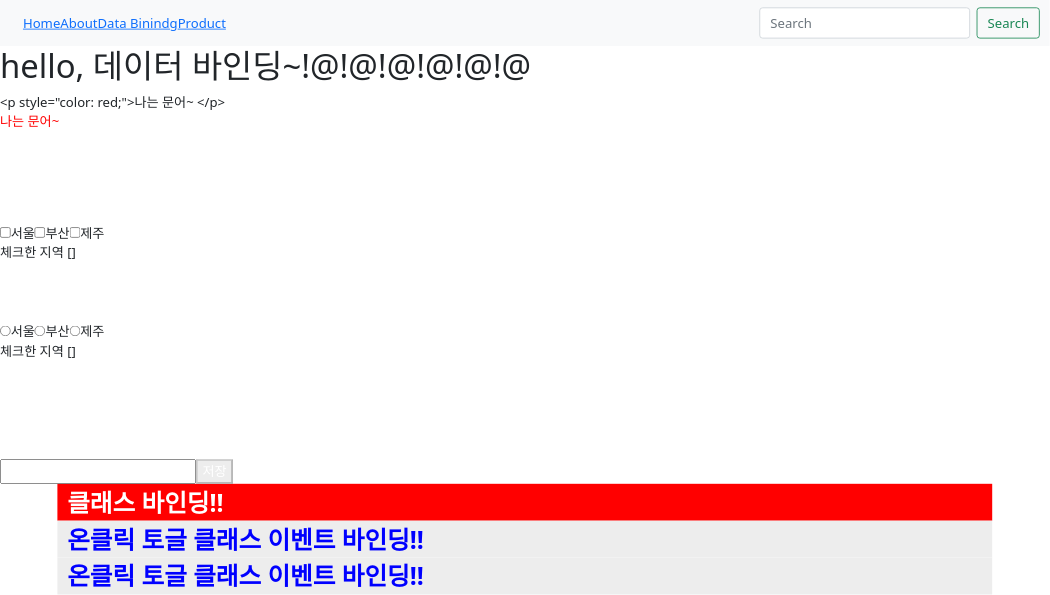
Repository: jang0ha/vue
Page: /databinding
These files come from the project's save history. The page is drawn as it stood at one moment and after the next save; the edit follows.
The browser window is 1280 px wide. The pictures show the whole page, at 82% of full size.
The project was rebuilt for these pictures with package versions that can differ from the ones it lists, and the page was loaded fresh each time. Also part of the build but not shown: vue.config.js, src/components/HelloWorld.vue, src/views/HomeView.vue, src/views/AboutView.vue, src/views/ProductView.vue. Imported but missing from the stored project, and not drawn on this page: src/layout.

Above is the page before, as saved 2022-04-18 17:46:24.

### src/main.js
import { createApp } from 'vue'
// import Vue from 'vue'
import Header from './layout'
import App from './App.vue'
import router from './router'

import 'bootstrap/dist/css/bootstrap.css'



createApp(App).use(router).mount('#app')



import "bootstrap/dist/js/bootstrap.js";

### src/App.vue
<template>
   <div id="app">
       <Header />
   </div>
</template>

<script>
import Header from"./components/layout/Header.vue";
export default {
    name:"App",
    components:{
        Header,
    }
}
</script>

### src/router/index.js
import { createRouter, createWebHistory } from 'vue-router'
import HomeView from '../views/HomeView.vue'
import AboutView from '../views/AboutView.vue'
import DataBinding from '../views/DataBinding.vue'
import ProductView from '../views/ProductView.vue'

const routes = [
  {
    path: '/', //브라우저에서 접속하는 url 주소를 정의
    name: 'home',
    component: HomeView // 지정된path로 들어왔을 때 보여줄 vue 컴포넌트 , 앞으로 구현할 vue 파일을 연결하고, 해당파일을 실행
  },
  {
    path: '/about',
    name: 'about',
    // route level code-splitting  >> 라우트 레벨에서 코드를 분할하는 방법
    // this generates a separate chunk (about.[hash].js) for this route  >> 이 라우트에 대한 chunk파일이 분리되어 생성
    // which is lazy-loaded when the route is visited.  >> 이 라우트에 방문했을떄 지연로드 됩니다.
    // component: () => import(
      /* webpackChunkName: "about" */
    //   '../views/AboutView.vue'
    // )
    component: AboutView
  },
  {
    path: '/databinding',
    name: 'DataBinding',
    component:DataBinding
  },
  {
    path: '/product',
    name: 'ProductView',
    component:ProductView
  }
]

const router = createRouter({
  history: createWebHistory(process.env.BASE_URL),
  routes
})

export default router

### src/components/layout/Header.vue
<template>
  <!-- <nav>
    <router-link to="/">Home</router-link> |
    <router-link to="/about">About</router-link>
    <router-link to="/databinding">Data Binindg</router-link>
    <router-link to="/product">Product</router-link>
  </nav> -->

  <nav class="navbar navbar-expand-lg navbar-light bg-light">
  <div class="container-fluid">
    <a class="navbar-brand" href="#">
        <img src="" alt="">
    </a>
    <button class="navbar-toggler" type="button" data-bs-toggle="collapse" data-bs-target="#navbarSupportedContent" aria-controls="navbarSupportedContent" aria-expanded="false" aria-label="Toggle navigation">
      <span class="navbar-toggler-icon"></span>
    </button>
    <div class="collapse navbar-collapse" id="navbarSupportedContent">
      <ul class="navbar-nav me-auto mb-2 mb-lg-0">
        <li class="nav-item">
          <router-link to="/">
            Home
          </router-link>
        </li>
        <li class="nav-item">
        <router-link to="/about">About</router-link>
        </li>
        <li class="nav-item dropdown">
           <router-link to="/databinding">Data Binindg</router-link>
        </li>
        <li class="nav-item">
          <router-link to="/product">Product</router-link>
        </li>
      </ul>
      <form class="d-flex">
        <input class="form-control me-2" type="search" placeholder="Search" aria-label="Search">
        <button class="btn btn-outline-success" type="submit">Search</button>
      </form>
    </div>
  </div>
</nav>

  <router-view/>


</template>
<script>
export default {
    name : 'Header',//컴포넌트 이름
    components: {}, //다른 컴포넌트 사용 시 컴포넌트를 import하고, 배열로 저장
    data(){ //html과 자바스크립트 코드에서 사용할 데이터 변수 선언
        return {
            sampleData: ''
        };
    },
    setup(){}, // 컴포지션Api
    created(){}, //컴포넌트가 생성되면 실행
    mounted() {}, //templete에 정의된 html 코드가 랜더링 된 후 실행
    unmounted() {}, //unmount가 완료 된 후 실행
    methods: {}, //컴포넌트 내에서 사용할 메소드 정의
}
</script>

### src/views/DataBinding.vue
<template>
    <h1>hello, {{title}}</h1>

    <div>
        <div>{{htmlString}}</div>
        <div v-html="htmlString"></div>

        <br><br><br><br>

        <label for="1"><input type="checkbox" name="" id="1" v-model="checked" value="서울">서울</label>
        <label for="2"><input type="checkbox" name="" id="2" v-model="checked" value="부산">부산</label>
        <label for="3"><input type="checkbox" name="" id="3" v-model="checked" value="제주">제주</label>
        <br>
        <span>체크한 지역 {{checked}}</span>
        <br><br><br><br>
        <label for="4"><input type="radio" name="" id="4" v-model="picked" value="서울">서울</label>
        <label for="5"><input type="radio" name="" id="5" v-model="picked" value="부산">부산</label>
        <label for="6"><input type="radio" name="" id="6" v-model="picked" value="제주">제주</label>
        <br>
        <span>체크한 지역 {{picked}}</span>
        <br><br><br><br><br><br>
        <input type="text" name="" id="" v-model="textValue">
        <button type="button" style="" v-bind:disabled="textValue==''">저장</button>


        <div class="container" v-bind:class="{'active' : isActive, 'fail': hasError}">클래스 바인딩!!</div>
        <div class="container" v-bind:class="{ active: isActive }"  v-on:click="isActive = !isActive">온클릭 토글 클래스 이벤트 바인딩!!</div>
        <div class="container" v-bind:class="{ active: isActive }"  v-on:click="isActive = !isActive">온클릭 토글 클래스 이벤트 바인딩!!</div>
    </div>
</template>
<script>
export default {
    data(){ //html과 자바스크립트 코드에서 사용할 데이터 변수 선언
        return {
            title : "데이터 바인딩~!@!@!@!@!@!@ ",
            htmlString:'<p style="color: red;">나는 문어~ </p>',
            checked: [],
            picked:[],
            textValue :"",
            isActive:"true",
            hasError:"false"

        };
    },
}
</script>

<style>
    button{background:#111; color:#fff; outline:0;}
    button:disabled{background:#ededed;}
    .active{
        background:#ededed; color:blue; font-size:30px; font-weight: bold;

    }
    .fail {
        background:red; color:white; font-size:30px;font-weight: bold;
    }
</style>

Loaded but not shown: public/index.html (common file)

After the next save:
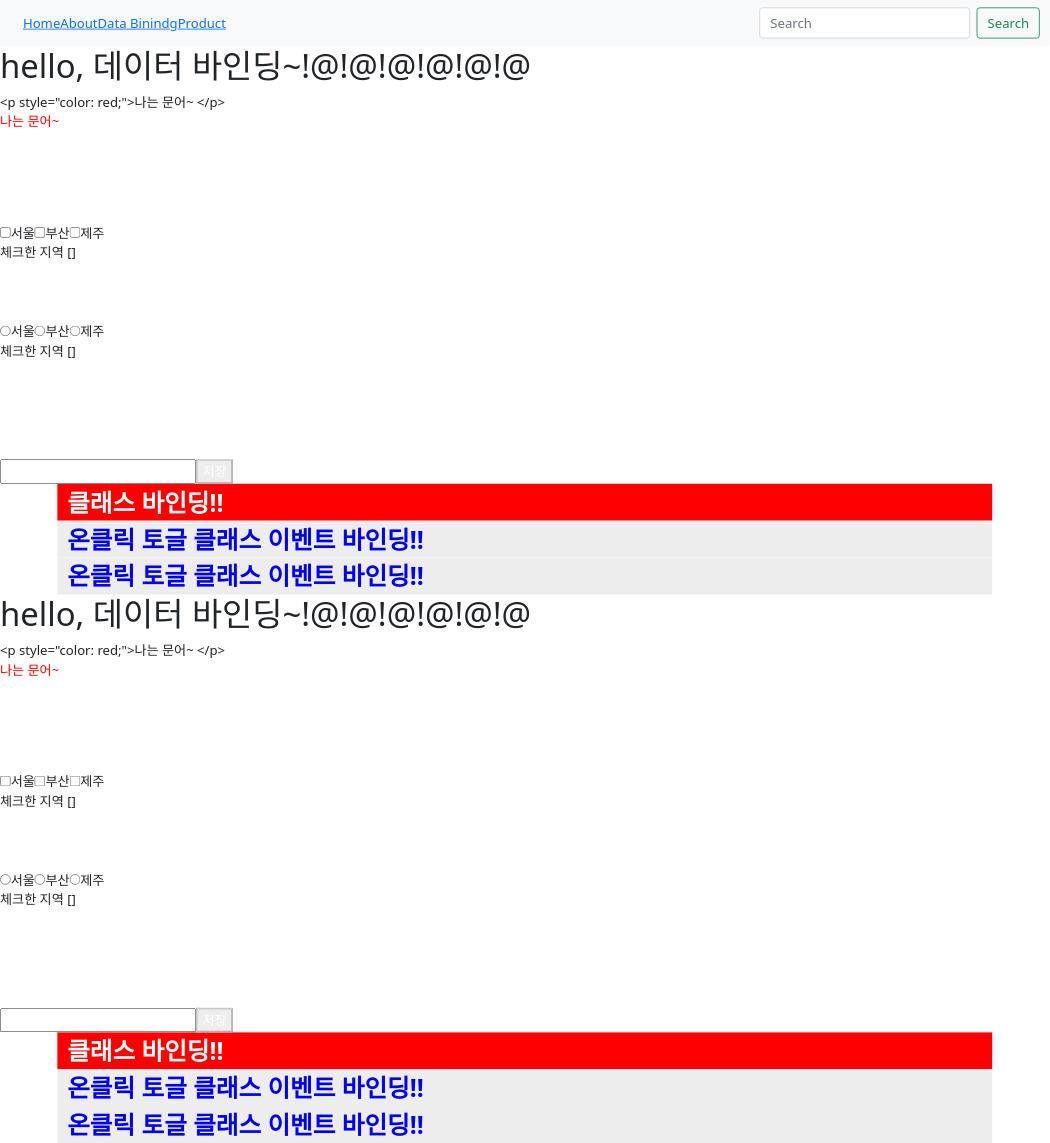
Saved 2 min 11 s later.
--- a/src/App.vue
+++ b/src/App.vue
@@ -1,6 +1,9 @@
 <template>
    <div id="app">
        <Header />
+       <div id="content" class="content">
+           <router-view></router-view>
+       </div>
    </div>
 </template>
 
